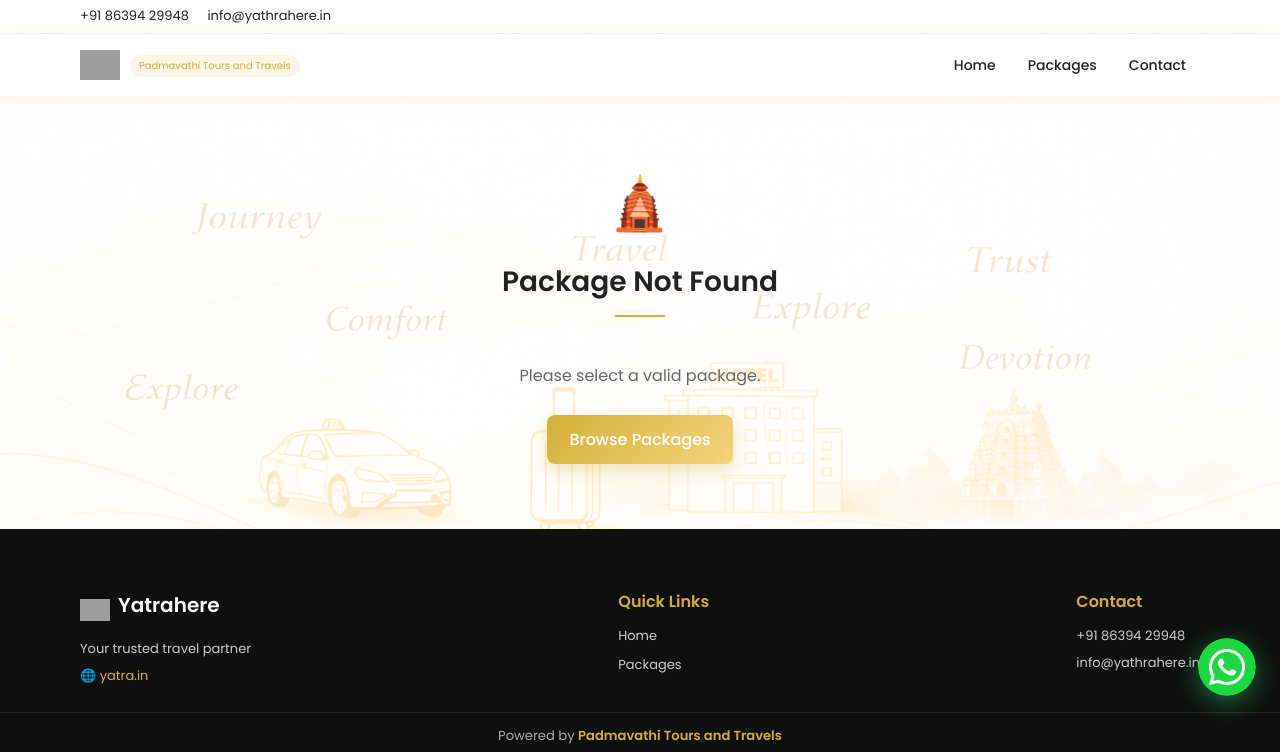
Repository: heytirupati/Bookingweb
Page: package.html
An editor plug-in stored every save of this project. The page is shown before and after the next save, followed by the edit.
The browser window is 1280 px wide. The pictures show the whole page.
Pictures or frames that could not be fetched are drawn as grey boxes. Backgrounds fixed to the window are drawn as part of the page. Some web fonts or font styles are not loaded; a fallback is used.

Above is the page before, as saved 2026-05-01 00:43:40.

After the next save:
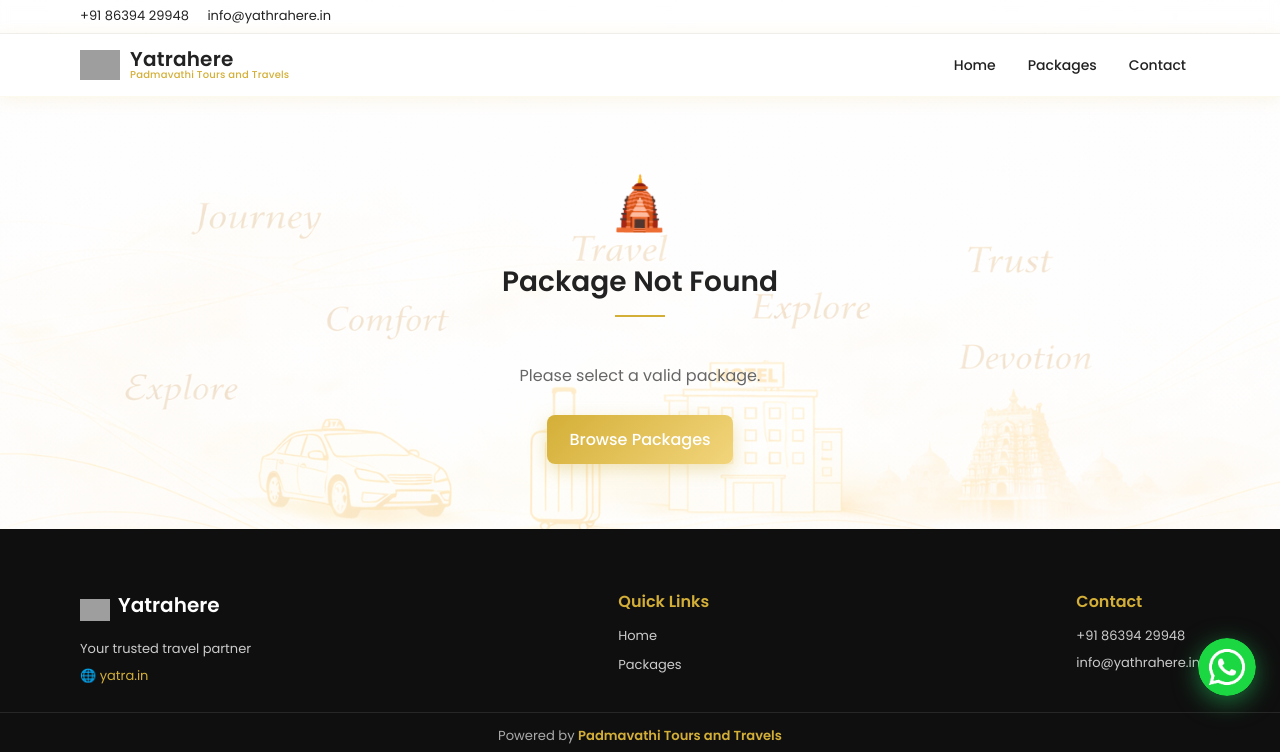
Saved 10 s later.
--- a/package.html
+++ b/package.html
@@ -35,9 +35,9 @@
         <div class="logo">
             <a href="index.html" class="logo-link">
                 <img src="images/YHL.png" alt="Yatrahere Logo" class="logo-img">
-                <div>
-                    <h2>Yatrahere</h2>
-                    <div class="hero-badge nav-badge">Padmavathi Tours and Travels</div>
+                <div class="logo-text-block">
+                    <span class="logo-name">Yatrahere</span>
+                    <span class="logo-sub">Padmavathi Tours and Travels</span>
                 </div>
             </a>
         </div>
